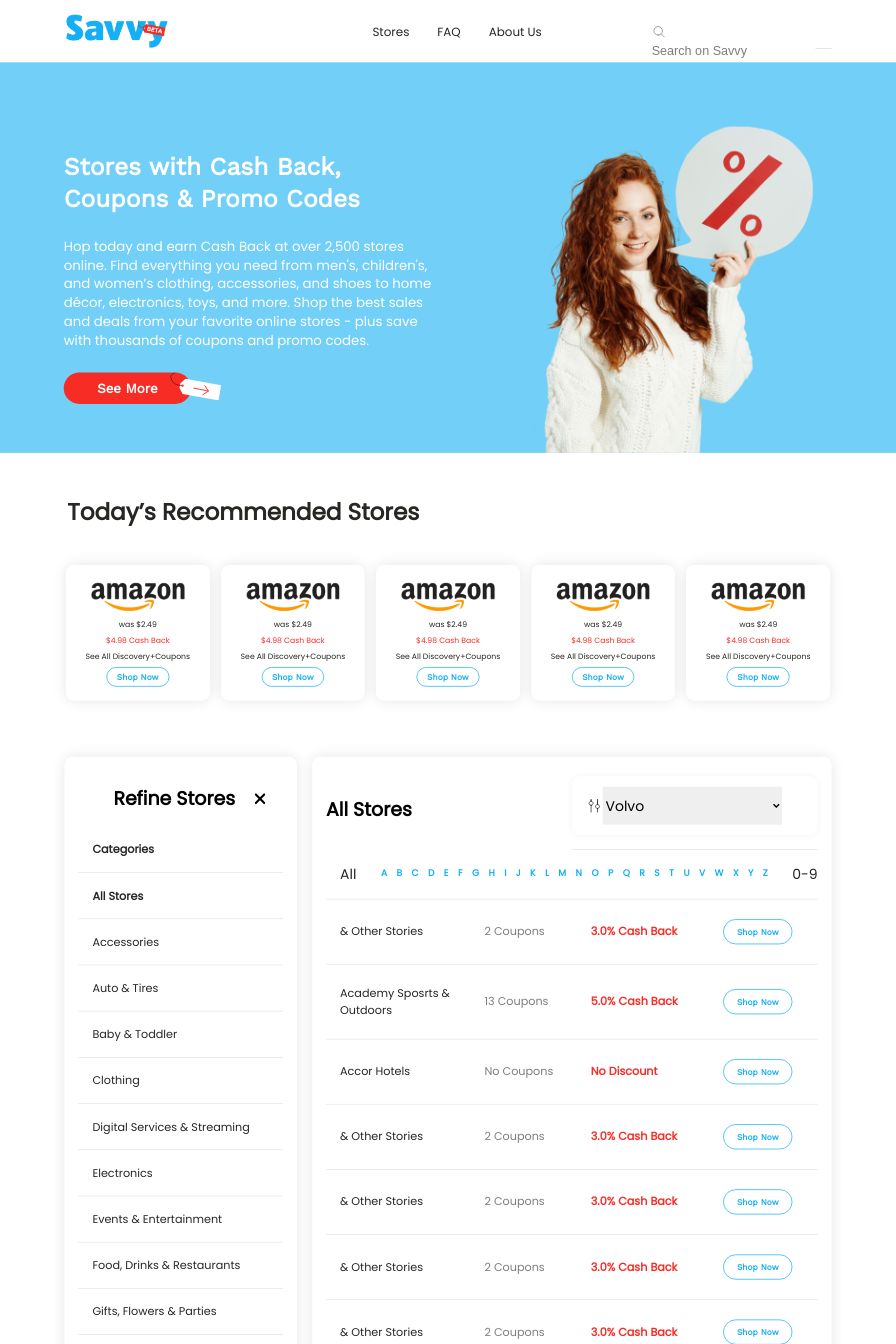
Repository: Gayane07/savvy
Page: index.html
These files come from the project's save history. The page is drawn as it stood at one moment and after the next save; the edit follows.
The browser window is 1280 px wide. The pictures show the part of the page from y = 0 to 1920 px (the page is 4736 px tall), at 70% of full size.

Above is the page before, as saved 2022-05-31 10:57:51.

### index.html
<!doctype html>
<html lang="en">
<head>
    <meta charset="UTF-8">
    <meta name="viewport"
          content="width=device-width, user-scalable=no, initial-scale=1.0, maximum-scale=1.0, minimum-scale=1.0">
    <meta http-equiv="X-UA-Compatible" content="ie=edge">
    <link rel="stylesheet" href="style.css">
    <title>Document</title>
</head>
<body>
    <div class="container">
      <header>
        <div class="header_top">
           <div class="logo"><a href="index.html"><img src="images/top_logo.png" alt=""></a></div>
           <div></div>
           <div class="nav">
              <nav id="nav_header">
                <ul>
                  <li class="nav-li active"><a href="#">Stores</a></li>
                  <li class="nav-li"><a href="#">FAQ</a></li>
                  <li class="nav-li"><a href="#">About Us</a></li>
                </ul>
              </nav>
           </div>
           <div class="search">
              <form action="">
                 <button type="submit"><img src="images/search.svg" alt=""></button></a>
                 <input type="search" placeholder="Search on Savvy">
              </form>
           </div>
           <div class="wrap-nav-burger">
               <div id="nav-burger">
                   <img src="./images/ic-burger.svg" alt="">
               </div>
               <div class="wr-content-burger">
                <nav id="nav_burger">
                    <ul>
                        <li class="nav-li active"><a href="#">Stores</a></li>
                        <li class="nav-li"><a href="#">FAQ</a></li>
                        <li class="nav-li"><a href="#">About Us</a></li>
                    </ul>
                </nav>
                <div class="search">
                    <form action="">
                        <button type="submit"><img src="images/search.svg" alt=""></button></a>
                        <input type="search" placeholder="Search on Savvy">
                    </form>
                </div>
            </div>
           </div>
        </div>
      </header>
    </div>
    <div class="header">
        <div class="header_content">
            <h1>Stores with Cash Back, Coupons & Promo Codes</h1>
            <p> Hop today and earn Cash Back at over 2,500 stores online.
                Find everything you need from men's, children's, and women’s clothing,
                accessories, and shoes to home décor, electronics, toys, and more. Shop the best
                sales and deals from your favorite online stores - plus save with thousands
                of coupons and promo codes.</p>
            <div class="button_section">
                <a href="#"><button>See More</button></a>
                <img src="images/button.svg" alt="">
            </div>
        </div>
        <div class="header_img">
            <img src="images/header_img.png" alt="">
        </div>
    </div>
    <div class="cards_section">
        <h2 class="cards_h2">Today’s Recommended Stores</h2>
        <div class="cards">
            <div class="card">
                <img src="images/amazon.png" alt="">
                <p>was $2.49</p>
                <p class="price">$4.98 Cash Back</p>
                <p>See All Discovery+Coupons</p>
                <a href="#"><button>Shop Now</button></a>
            </div>
            <div class="card">
                <img src="images/amazon.png" alt="">
                <p>was $2.49</p>
                <p class="price">$4.98 Cash Back</p>
                <p>See All Discovery+Coupons</p>
                <a href="#"><button>Shop Now</button></a>
            </div>
            <div class="card">
                <img src="images/amazon.png" alt="">
                <p>was $2.49</p>
                <p class="price">$4.98 Cash Back</p>
                <p>See All Discovery+Coupons</p>
                <a href="#"><button>Shop Now</button></a>
            </div>
            <div class="card">
                <img src="images/amazon.png" alt="">
                <p>was $2.49</p>
                <p class="price">$4.98 Cash Back</p>
                <p>See All Discovery+Coupons</p>
                <a href="#"><button>Shop Now</button></a>
            </div>
            <div class="card">
                <img src="images/amazon.png" alt="">
                <p>was $2.49</p>
                <p class="price">$4.98 Cash Back</p>
                <p>See All Discovery+Coupons</p>
                <a href="#"><button>Shop Now</button></a>
            </div>
        </div>
    </div>
    <div class="stores_section container">
       <div class="left_block">
           <div   id="mySidenav" class="refine_stores  sidenav">
              <div class="wrap-refine-icon">
                <h3>Refine Stores</h3>
               <div class="close" onclick="closeNav(event)">
                    <img src="./images/ic-close.svg" alt="">
                </div>
              </div>
               <ul class="open_refine">
                   <li class="categories"><a href="#">Categories</a></li>
                   <li class="all"><a href="#">All Stores</a></li>
                   <li class="stores_name"><a href="#">Accessories</a></li>
                   <li class="stores_name"><a href="#">Auto & Tires</a></li>
                   <li class="stores_name"><a href="#">Baby & Toddler</a></li>
                   <li class="stores_name"><a href="#">Clothing</a></li>
                   <li class="stores_name"><a href="#">Digital Services & Streaming</a></li>
                   <li class="stores_name"><a href="#">Electronics</a></li>
                   <li class="stores_name"><a href="#">Events & Entertainment</a></li>
                   <li class="stores_name"><a href="#">Food, Drinks & Restaurants</a></li>
                   <li class="stores_name"><a href="#">Gifts, Flowers & Parties</a></li>
                   <li class="stores_name"><a href="#">Health & Beauty</a></li>
                   <li class="stores_name"><a href="#">Home & Garden</a></li>
                   <li class="stores_name"><a href="#">Office Supplies</a></li>
                   <li class="stores_name"><a href="#">Pets</a></li>
                   <li class="stores_name"><a href="#">Shoes</a></li>
                   <li class="stores_name"><a href="#">Sports, Outdoors & Fitness</a></li>
                   <li class="stores_name"><a href="#">Subscription Boxes & Services</a></li>
                   <li class="stores_name"><a href="#">Toys & Games</a></li>
                   <li class="stores_name"><a href="#">Travel & Vacations</a></li>
               </ul>
           </div>

           <div class="left_block_1">
               <div class="left_block_card ">
                   <img src="images/golden_hour.png" alt="">
                   <h4>Allsaints</h4>
                   <p> Shop with 2.0% Cash Back See
                       All Coupons, Deals & Cashback</p>
               </div>
               <div class="left_block_card ">
                   <img src="images/golden_hour.png" alt="">
                   <h4>Allsaints</h4>
                   <p> Shop with 2.0% Cash Back See
                       All Coupons, Deals & Cashback</p>
               </div>
           </div>
           <div class="left_block_2">
               <div class="left_block_card ">
                   <img src="images/golden_hour.png" alt="">
                   <h4>Allsaints</h4>
                   <p> Shop with 2.0% Cash Back See
                       All Coupons, Deals & Cashback</p>
               </div>
               <div class="left_block_card  last_card">
                   <div class="card_header">
                       <h3>Double Cash Back Stores</h3>
                       <p>See All</p>
                   </div>
                   <div class="images">
                       <div class="top_block">
                           <img src="images/image_1.png" alt="">
                           <img src="images/image_2.png" alt="">
                           <img src="images/image_3.png" alt="">
                       </div>
                       <div class="middle_block">
                           <img src="images/image_1.png" alt="">
                           <img src="images/image_2.png" alt="">
                           <img src="images/image_3.png" alt="">
                       </div>
                       <div class="bottom_block">
                           <img src="images/image_1.png" alt="">
                           <img src="images/image_2.png" alt="">
                           <img src="images/image_3.png" alt="">
                       </div>
                   </div>
               </div>
           </div>
       </div>
       <div class="right_block">
            <div class="wr-nav-stores">
                <div class="wr-burger-stores">
                        <span class="open_burger" onclick="openNav()">
                            <img src="./images/ic-burger.svg" alt="">
                        </span>
                        <h3>All Stores</h3>
                    </div>
                <div class="all_stores">
                    <div class="select">
                        <img src="images/sort_filter.svg" alt="">
                        <select id="sort">
                            <option value="volvo">Volvo</option>
                            <option value="saab">Saab</option>
                            <option value="opel">Opel</option>
                            <option value="audi">Audi</option>
                        </select>
                    </div>
                </div>
            </div>
           <div class="filter">
                 <span>All</span>
               <ul id="letter-main"></ul>
               <div>
                   <span>0-9</span>
               </div>
           </div>
           <div class="stores">
               <div class="first_col"><span>& Other Stories</span></div>
               <div class="second_col"><span>2 Coupons</span></div>
               <div class="third_col"><span>3.0% Cash Back</span></div>
               <div class="fourth_col"><a href="#"><button>Shop Now</button></a></div>
           </div>
           <div class="stores">
               <div class="first_col"><span>Academy Sposrts & Outdoors</span></div>
               <div class="second_col"><span>13 Coupons</span></div>
               <div class="third_col"><span>5.0% Cash Back</span></div>
               <div class="fourth_col"><a href="#"><button>Shop Now</button></a></div>
           </div>
           <div class="stores">
               <div class="first_col"><span>Accor Hotels</span></div>
               <div class="second_col"><span>No Coupons</span></div>
               <div class="third_col"><span>No Discount</span></div>
               <div class="fourth_col"><a href="#"><button>Shop Now</button></a></div>
           </div>
           <div class="stores">
               <div class="first_col"><span>& Other Stories</span></div>
               <div class="second_col"><span>2 Coupons</span></div>
               <div class="third_col"><span>3.0% Cash Back</span></div>
               <div class="fourth_col"><a href="#"><button>Shop Now</button></a></div>
           </div>
           <div class="stores">
               <div class="first_col"><span>& Other Stories</span></div>
               <div class="second_col"><span>2 Coupons</span></div>
               <div class="third_col"><span>3.0% Cash Back</span></div>
               <div class="fourth_col"><a href="#"><button>Shop Now</button></a></div>
           </div>
           <div class="stores">
               <div class="first_col"><span>& Other Stories</span></div>
               <div class="second_col"><span>2 Coupons</span></div>
               <div class="third_col"><span>3.0% Cash Back</span></div>
               <div class="fourth_col"><a href="#"><button>Shop Now</button></a></div>
           </div>
           <div class="stores">
               <div class="first_col"><span>& Other Stories</span></div>
               <div class="second_col"><span>2 Coupons</span></div>
               <div class="third_col"><span>3.0% Cash Back</span></div>
               <div class="fourth_col"><a href="#"><button>Shop Now</button></a></div>
           </div>
           <div class="stores">
               <div class="first_col"><span>& Other Stories</span></div>
               <div class="second_col"><span>2 Coupons</span></div>
               <div class="third_col"><span>3.0% Cash Back</span></div>
               <div class="fourth_col"><a href="#"><button>Shop Now</button></a></div>
           </div>
           <div class="stores">
               <div class="first_col"><span>& Other Stories</span></div>
               <div class="second_col"><span>2 Coupons</span></div>
               <div class="third_col"><span>3.0% Cash Back</span></div>
               <div class="fourth_col"><a href="#"><button>Shop Now</button></a></div>
           </div>
           <div class="stores">
               <div class="first_col"><span>& Other Stories</span></div>
               <div class="second_col"><span>2 Coupons</span></div>
               <div class="third_col"><span>3.0% Cash Back</span></div>
               <div class="fourth_col"><a href="#"><button>Shop Now</button></a></div>
           </div>
           <div class="stores">
               <div class="first_col"><span>& Other Stories</span></div>
               <div class="second_col"><span>2 Coupons</span></div>
               <div class="third_col"><span>3.0% Cash Back</span></div>
               <div class="fourth_col"><a href="#"><button>Shop Now</button></a></div>
           </div>
           <div class="stores">
               <div class="first_col"><span>& Other Stories</span></div>
               <div class="second_col"><span>2 Coupons</span></div>
               <div class="third_col"><span>3.0% Cash Back</span></div>
               <div class="fourth_col"><a href="#"><button>Shop Now</button></a></div>
           </div>
           <div class="stores">
               <div class="first_col"><span>& Other Stories</span></div>
               <div class="second_col"><span>2 Coupons</span></div>
               <div class="third_col"><span>3.0% Cash Back</span></div>
               <div class="fourth_col"><a href="#"><button>Shop Now</button></a></div>
           </div>
           <div class="stores">
               <div class="first_col"><span>& Other Stories</span></div>
               <div class="second_col"><span>2 Coupons</span></div>
               <div class="third_col"><span>3.0% Cash Back</span></div>
               <div class="fourth_col"><a href="#"><button>Shop Now</button></a></div>
           </div>



       </div>
    </div>
    <div class="container">
        <footer>
            <div  class="left_content">
                <img src="images/footer_logo.png" alt="">
                <p>Your #1 shopping companion, saving you time & money
                    on the items you already buy online. Earn cash back,
                    apply discounts, and win prizes!
                </p>
            </div>
            <div class="right_content">
                <div>
                    <h4>LEGAL</h4>
                    <ul>
                        <li><a href="">EULA</a></li>
                        <li><a href="">Privacy Policy</a></li>
                        <li><a href="">Terms of Use</a></li>
                    </ul>
                </div>
                <div>
                    <h4>SAVVY</h4>
                    <ul>
                        <li><a href="">About Us</a></li>
                        <li><a href="">Browse Stores</a></li>
                    </ul>
                </div>
                <div>
                    <h4>SUPPORT</h4>
                    <ul>
                        <li><a href="">FAQs</a></li>
                        <li><a href="">Contact Us</a></li>
                    </ul>
                </div>
            </div>

        </footer>
    </div>
    <div class="footer_bottom">
        <p>© Savvy 2018 - 2022</p>
    </div>
    <script>
        const nav_burger = document.getElementById('nav-burger')
        const wr_content_burger = document.querySelector('.wr-content-burger')

        for (i = 0; i < 26; i++) {
            var li = document.createElement("li");
            li.innerHTML = (i+10).toString(36) + " ";
            li.style.listStyle = "none";
            li.style.display = "inline";
            document.getElementById("letter-main").appendChild(li);
        }

        nav_burger.addEventListener('click',toggleBurgermenu)


        function toggleBurgermenu(){
            wr_content_burger.classList.toggle('d_block')
            console.log("fdlhvlsdk");
        }

        function openNav() {
            document.getElementById("mySidenav").style.width = "100%";

        }

        function closeNav(event) {
            document.getElementById("mySidenav").style.width = "0";
        }

    </script>
</body>


</html>

Loaded but not shown: style.css (917 lines, source omitted)

After the next save:
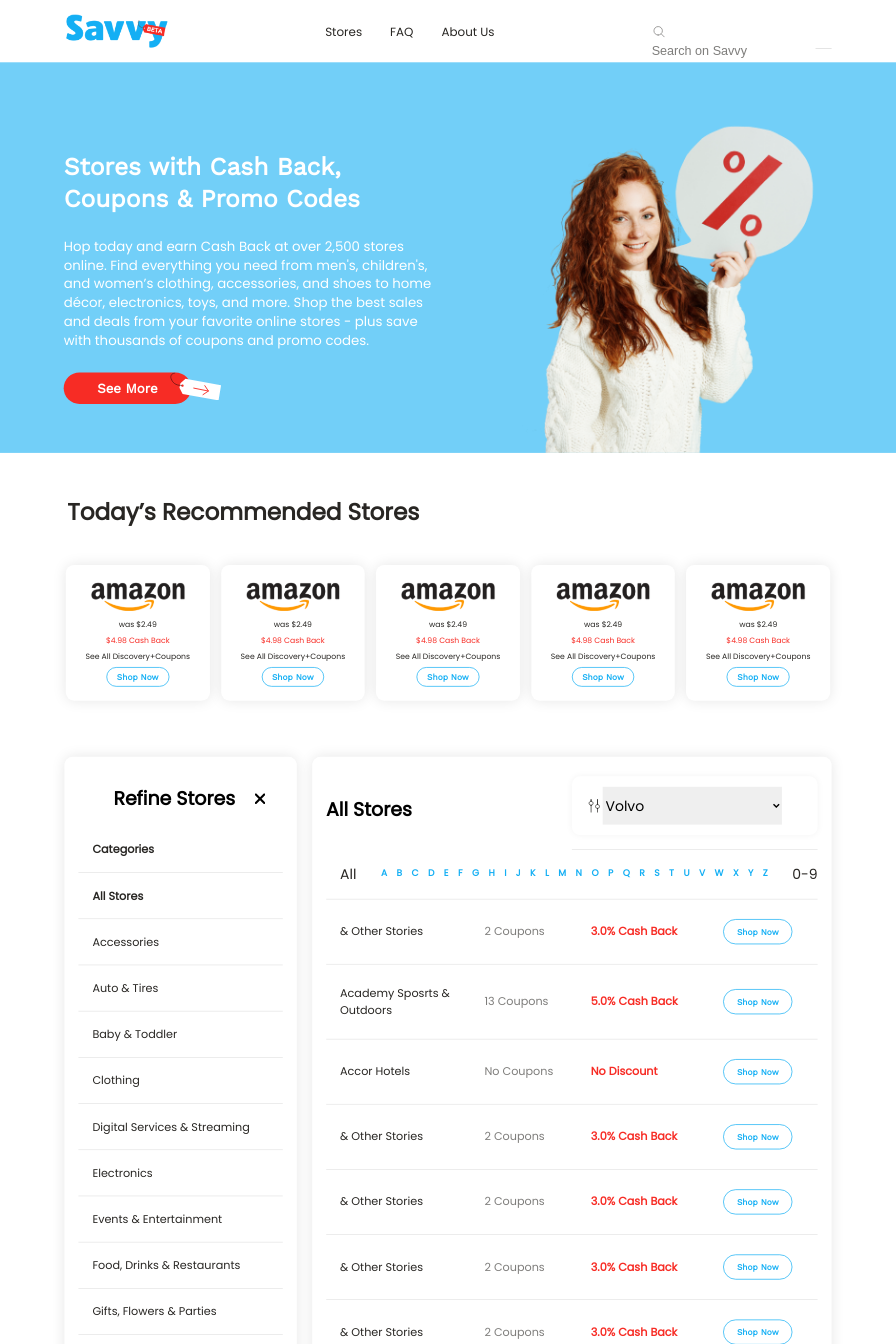
Saved 6 s later.
--- a/index.html
+++ b/index.html
@@ -13,8 +13,7 @@
       <header>
         <div class="header_top">
            <div class="logo"><a href="index.html"><img src="images/top_logo.png" alt=""></a></div>
-           <div></div>
-           <div class="nav">
+            <div class="nav">
               <nav id="nav_header">
                 <ul>
                   <li class="nav-li active"><a href="#">Stores</a></li>
